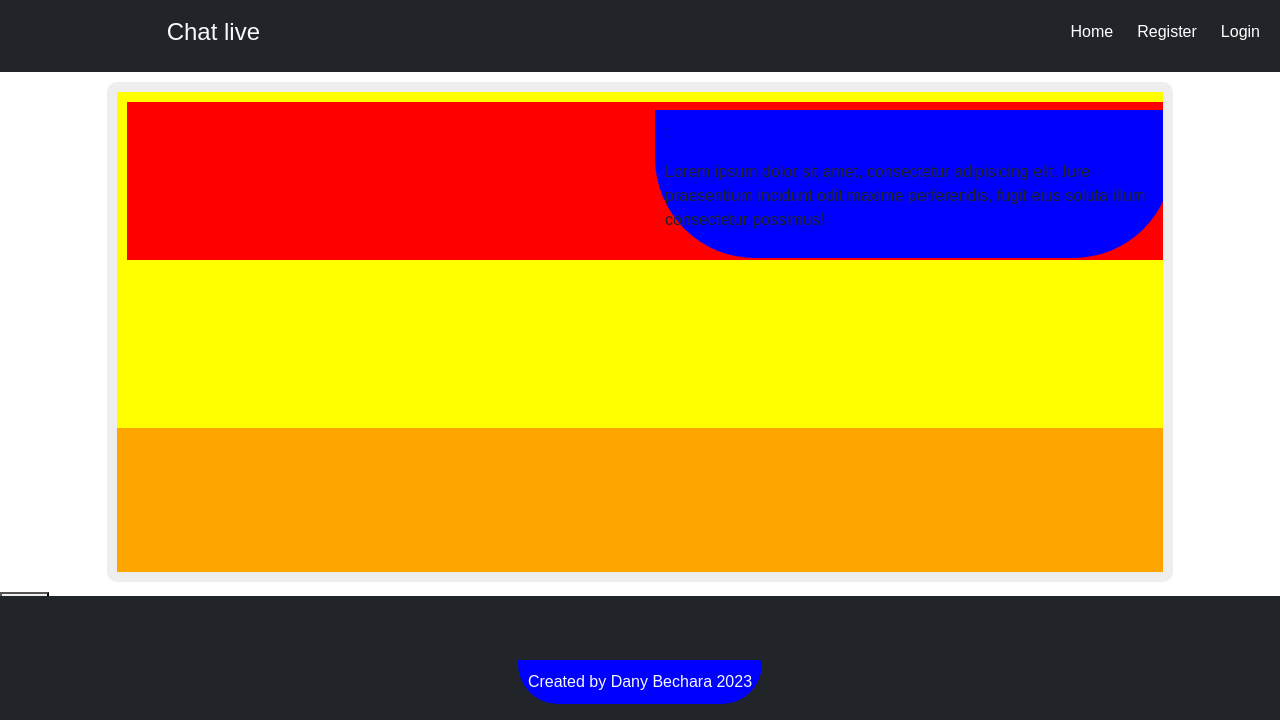
Repository: bechara611/chatv2
Page: /chat
The author's editor kept a copy of each file at every save. The page is drawn from the files as they stood at one save, then again after the next save.
The browser window is 1280 px wide. The pictures show the whole page.
The page's requests for data from a server got no answer. The project was rebuilt for these pictures with package versions that can differ from the ones it lists, and the page was loaded fresh each time. Some packages were replaced by stand-ins written for this rebuild. No one was signed in, and anything a server would have sent is missing. Also part of the build but not shown: src/hooks/useForm.jsx, src/api/Instance.jsx, src/auth/hooks/useAuth.jsx, src/auth/components/login.jsx, src/auth/components/register.jsx, src/ui/components/Home.jsx, src/App.css.

Above is the page before, as saved 2023-03-15 17:12:07.

### src/index.js
import React from 'react';
import ReactDOM from 'react-dom/client';
import './index.css';
import { App2 } from './App';
import { BrowserRouter } from 'react-router-dom';
import 'bootstrap/dist/css/bootstrap.min.css'
import 'bootstrap/dist/js/bootstrap.bundle.js'
import 'animate.css'
import { Provider } from 'react-redux';
import { store } from './store/Store';
const root = ReactDOM.createRoot(document.getElementById('root'));
root.render(
  <Provider store={store}>
    <BrowserRouter>
      <App2 />
    </BrowserRouter>
  </Provider>
);

### src/index.css
*{
  font-family: 'Poppins',sans-serif;
}

### src/App.js
import React from 'react'
import { Rutas } from './Router/Routes';
import { Header } from './ui/components/Header';
import './App.css'
import { Footer } from './ui/components/Footer';
import { Caparazon } from './ui/components/Caparazon';
import { ContenedorPrincipal } from './ui/components/ContenedorPrincipal';

export const App2 = () => {
  return (
    <>
      <Caparazon>
        <Header></Header>
        <ContenedorPrincipal> {/*El contenedor principal a su vez lleva sus hijos dos elementos, el footer que le pusimos absolute para ubicarlo de ultimo y el MainCuerpo que tienes las rutas */}
          <Rutas></Rutas>{/*Este MainCuerpo tiene las rutas de la aplicacion, es el main de la pagina y lo que va a cambiar dependiendo donde estemos */}
          <div className='mb-5 pb-5'></div>

          <Footer></Footer>  {/*Este es el footer que utilizamos para el pie de pagina, tiene posicion absolute como dije anteriormnete */}
        </ContenedorPrincipal>


      </Caparazon>
    </>
  )
}

### src/store/Store.js
import { configureStore } from "@reduxjs/toolkit";
import { AuthSlice } from "../auth/slices/authSlice";
import chatSlice from "../chat/slices/chatSlice";


export const store = configureStore({
    reducer:{
        auth:AuthSlice.reducer,
        chatSlice:chatSlice.reducer
    },
    middleware:(middleware)=>{
        return middleware({
            serializableCheck:false,
        })
    }

})

### src/Router/Routes.jsx
import React from 'react'
import { Navigate, Route, Routes } from 'react-router-dom'
import { Login } from '../auth/components/login'
import { Register } from '../auth/components/register'
import { Chat } from '../chat/components/Chat'
import { Home } from '../ui/components/Home'

export const Rutas = () => {

    return (

        <Routes>
            <Route path='/' element={<Home></Home>}></Route>
            <Route path='/login' element={<Login></Login>}></Route>
            <Route path='/register' element={<Register></Register>}></Route>
            <Route path='/chat' element={<Chat></Chat>}></Route>
            <Route path='/*' element={<Navigate to={'/'}></Navigate>}></Route>
        </Routes>

    )
}

### src/ui/components/Header.jsx
import React, { useEffect } from 'react'
import { useDispatch, useSelector } from 'react-redux';
import { NavLink, useNavigate } from 'react-router-dom'
import { logout } from '../../auth/slices/authSlice';
import './Header.css'
export const Header = () => {
  const navegar= useNavigate()
  const authState = useSelector((state)=>state.auth);
  const dispatch = useDispatch();
  useEffect(() => {


    return () => {

    }
  }, [])

  return (
    <>

      <div className=" bg-dark contenedor-header col-12">
        <div className="titulo-header col-sm-4 col-12">
          <h4 className='text-light'>Chat live</h4>

        </div>
        <div className="col-sm-8 col-12  contenedor-menu">
          <nav className=' m-2 nav'>

            <NavLink className={ ({isActive}) => `item-menu  ${ isActive ? 'activeLink':'' }` } to={'/'} >Home</NavLink>
            {
              authState.token && authState.name && authState.email ?
              <NavLink className={ ({isActive}) => `item-menu  ${ isActive ? 'activeLink':'' }` } to={'/chat'} >Chat</NavLink>
              :<></>
            }

            <NavLink className={ ({isActive}) => `item-menu  ${ isActive ? 'activeLink':'' }` } to={'/register'} >Register</NavLink>
            {authState.token && authState.name && authState.email ?
              <NavLink className={ ({isActive}) => `item-menu  }` } to={'/login'} onClick={()=>{
                localStorage.removeItem('email')
                localStorage.removeItem('token')
                localStorage.removeItem('name')

                navegar('/login')
                dispatch(logout())
              }} >Logout</NavLink>
              :
              <NavLink className={ ({isActive}) => `item-menu  ${ isActive ? 'activeLink':'' }` } to={'/login'} >Login</NavLink>
            }

            </nav>
        </div>




      </div>
    </>

  )
}

### src/ui/components/Footer.jsx
import React from 'react'
import './Footer.css'


let linkdn="https://linkedin.com/in/DanyBechara";
let correo="mailto:bechara611@gmail.com";
let blank='_blank';
let github='https://github.com/bechara611';
let whatssap='https://wa.me/584120361952';

export const Footer = () => {
  return (
    <>

      {/*Aca este footer le estamos colocando una posicion absolute y a su padre relativa para poder ubicarlo al final de su div padre */}
      <div className="footer  col-12  mt-2 bg-dark">
      <a href={linkdn} target={blank} className='animate__animated animate__lightSpeedInLeft'><i className=" linkdin fa-brands fa-linkedin iconoRedes"></i></a>
      <a href={whatssap} target={blank}  className='animate__animated animate__lightSpeedInLeft'><i className="whatssap fa-brands fa-whatsapp iconoRedes"></i></a>
      <a href={correo} target={blank}  className='animate__animated animate__lightSpeedInLeft'><i className="gmail fa-solid  fa-envelope iconoRedes"></i></a>
      <a href={github} target={blank}  className='  animate__animated animate__lightSpeedInLeft'><i className=" github fa-brands fa-github iconoRedes"></i></a>

     <div className="col-12 contenedor-mensaje-footer mt-1">
     <div className="col-12 contenedor-mensaje-footer">
     <p className='mensaje text-light'>Created by Dany Bechara {new Date().getFullYear().toString()}</p>
     </div>

     </div>
      </div>
    </>

  )
}

### src/ui/components/Caparazon.jsx
import React from 'react'
import './Caparazon.css'
export const Caparazon = ({ children }) => {
    return (
        <>
{/*Caparazon princiapal donde el mismo tiene un flex en colum, adentro tiene sus hijos que son un div que
ocupe el 70vh donde eesta todo lo demas y el 30vh primero es del header */}
            <div className='caparazonPrincipal '>

                {children}

            </div>
        </>
    )
}

### src/ui/components/ContenedorPrincipal.jsx
import React from 'react'
import './ContenedorPrincipal.css'
export const ContenedorPrincipal = ({ children }) => {
  return (
    <div className='ContenedorPrincipal'>
    {/*Aca de hijos tendran las rutas para verse en el medio y el footer, este tiene un position relative para que su hijo footer pueda
  ubicarse en la parte de abajo */}
      {children}
    </div>
  )
}

### src/auth/slices/authSlice.js
import { createSlice } from "@reduxjs/toolkit";


export const AuthSlice = createSlice({
    name: 'auth',
    initialState: {
        name: localStorage.getItem('name') || null,
        email: localStorage.getItem('email') || null,
        token: localStorage.getItem('token') || null
    },
    reducers: {
        login: (state, { payload }) => {
            state.name=payload.name;
            state.email=payload.email;
            state.token=payload.token

        },
        logout:(state,{payload})=>{
            state.name=null;
            state.email=null;
            state.token=null;
        },
    }
})

export const {mostrar,logout,login} = AuthSlice.actions;

### src/chat/slices/chatSlice.js
import { createSlice } from "@reduxjs/toolkit";

const initialState={
    mensajes:[{name:'',mensaje:'',fecha:'',email:''}],
    conectados:[],
}

const chatSlice = createSlice({
    name:'chatSlice',
    initialState,
    reducers:{
        pushConectadosSlice :(state,{payload})=>{
            state.conectados=payload
        },
        pushMensajesSlice:(state,{payload})=>{
            state.mensajes=payload
        },
    }
})

export default chatSlice
export const {pushConectadosSlice,pushMensajesSlice} = chatSlice.actions

### src/chat/components/Chat.jsx

import { io } from "socket.io-client";
import React, { useEffect, useRef, useState } from 'react'
import './chat.css'
import { getUnixTime } from "date-fns";
import { useDispatch, useSelector } from "react-redux";
import { pushConectadosSlice, pushMensajesSlice } from "../slices/chatSlice";
import { Mensaje } from "./Mensaje";

const socket = io(process.env.REACT_APP_BACKEND, { //ruta del backend
    'extraHeaders': {
        'token': localStorage.getItem('token'),
        'email': localStorage.getItem('email'),
        'nombre': localStorage.getItem('name'),
    }
})
export const Chat = () => {


    const mensajesEstado = useSelector(state => state.chatSlice)
    const dispatch = useDispatch();

    useEffect(() => {

        socket.on('connect', () => { })
        socket.on('NuevoIntegrante', (payload) => {
            //TODO aca debes colocarle al slice y al estado los nuevos integrantes
            dispatch(pushConectadosSlice(payload))
            console.log(payload)
        })
        //?recibir mensajes
        socket.on('recibirTodosMensajes', (payload) => {
            //TODO colocar en el slice los mensajes
            dispatch(pushMensajesSlice(payload))
            console.log(payload)
        })
    }, [])





    //?metodo para enviar mensajes

    const EnviarMensajes = () => {
        let mensaje = {
            name: localStorage.getItem('name'),
            mensaje: 'Mensaje nuevo ',//TODO ponle el estado de mensaje
            fecha: getUnixTime(new Date()),
            email: localStorage.getItem('email')
        }
        socket.emit('recibiMensaje', mensaje)

    }



    //TODO FIN SOCKET

    const referenciaDiv = useRef();
    const referenciaDiv2 = useRef();
    useEffect(() => {

        referenciaDiv2.current.scrollTop = referenciaDiv2.current.scrollHeight;
    }, [])
    useEffect(() => {


        referenciaDiv2.current.scrollTop = referenciaDiv2.current.scrollHeight;
    }, [mensajesEstado])

    return (
        <>
            <div className="col-12 chat2 " ref={referenciaDiv}>
                <div className="col-10 hijoChat">
                    <div className="col-12 parteMensajes" ref={referenciaDiv2} >
                        {
                            mensajesEstado.mensajes.map((mensaje, index) => {
                                return <Mensaje mensaje={mensaje}></Mensaje>
                            })
                        }
                    </div>
                    <div className="col-12 parteInputs">

                    </div>
                </div>
            </div>

            <button onClick={() => { EnviarMensajes() }}>Enviar</button>
        </>

    )
}

### src/ui/components/Header.css
.contenedor-header{
    display: flex;
    flex-direction: row;
    flex-wrap: wrap;
    min-height: 10vh;
}
.titulo-header{
    text-align: center;
    padding: 5px;
    display: flex;
    flex-direction: row;
    justify-content: center;
    align-items: center;
    align-self: center;
}
.contenedor-menu{
    display: flex;
    flex-direction: row;
    flex-wrap: nowrap;
    justify-content: flex-end;

}
.item-menu{
   margin: 5px;
   text-decoration: none;
   color: white;
  transition: all 1s ease;
   padding: 7px;
   border-radius: 20px;
}
.activeLink{
    background: rgb(40, 139, 196);
}
.item-menu:hover{
    text-decoration: none;
    background: rgb(40, 139, 196);
    color: white;
}

@media(max-width:577px){
.contenedor-menu{
        justify-content: center;
        text-align: center;
        align-self: center;
        align-items: center;
        flex-wrap: nowrap;
    }
    .nav{
        justify-content: center;
        text-align: center;
        align-self: center;
        align-items: center;
        flex-wrap: nowrap;
    }
    .item-menu{
    padding: 0px;
    }
}

### src/ui/components/Footer.css


.footer {

    background: rgb(209, 102, 102,.1);
    position: absolute;
    bottom: 0%;
    display: flex;
    flex-direction: row;
    justify-content: center;
    text-align: center;
    align-items: center;
    justify-items: center;
    flex-wrap: wrap;

}


.iconoRedes {
    font-size: 40px;
    padding-left: 10px;
    margin: 5px;

}

.github:hover {
    color: #4b3074;

}
.github{
    color: #6e5494;
}

.whatssap:hover {
    color: #0c903c;
}
.whatssap{
    color: #25d366;

}

.gmail:hover {
    color: #e65f5f;
}

.gmail{
    color: #cc0000;
}

.linkdin:hover {
    color: #0780ac;
}

.linkdin{
    color: #0377a1;
}

.contenedor-mensaje-footer {
    display: flex;
    flex-direction: row;
    justify-content: center;
    text-align: center;
    align-items: center;
    justify-items: center;
}

/*?RESPONSIVE*/

@media(max-width:255px) {
    .iconoRedes {
        font-size: 30px;
        padding-left: 5px;
    }

    .mensaje {
        font-size: 10px;
    }
}

### src/ui/components/Caparazon.css
/*Estilos del caparazon como tal principal*/
    /*Aca colocamos que el caparazonPrincipal ocupa toda la pantalla, y una direccion en column para que el header sea de 30vh y el resto el otro div  */
.caparazonPrincipal{
    display: flex;
    flex-direction: column;
    justify-content: space-between;
    min-height: 100vh;
  overflow-x: hidden;
  overflow-y: visible;
}

### src/ui/components/ContenedorPrincipal.css
/*Aca al contenedor ponemos positionRelative para que el footer pueda tener una posicion absoluta y se pueda posicionar al final*/
.ContenedorPrincipal{
    min-height: 90vh;

    position: relative;
}

### src/auth/components/login.css
*,
*:before,
*:after{
    padding: 0;
    margin: 0;
    box-sizing: border-box;
}

.social{
  display: flex;
  flex-direction: row;
  justify-content: center;
}
.contenedor-loginRegistro{

  margin-top: 5px;
  display: flex;
  flex-direction: row;
  justify-content: center;
  align-items: center;
}

  .formularioLoginRegister{

    background-color: rgb(29, 29, 29,.6);
    top: 50%;
    left: 50%;
    border-radius: 10px;
    backdrop-filter: blur(10px);
    border: 2px solid rgba(255,255,255,0.1);
    box-shadow: 0 0 10px rgba(142, 201, 228, 1);
    padding: 10px 15px;
}
.formularioLoginRegister *{

    color: #ffffff;
    letter-spacing: 0.5px;
    outline: none;
    border: none;
}
.formularioLoginRegister h3{
    font-size: 32px;
    font-weight: 500;
    line-height: 42px;
    text-align: center;
}

.labelLoginRegister{
    display: block;
    margin-top: 30px;
    font-size: 16px;
    font-weight: 500;
}
.inputLoginRegister{
    display: block;
    height: 45px;
    width: 100%;
    background-color: rgba(255,255,255,0.07);
    border-radius: 3px;
    padding: 0 5px;
    margin-top: 8px;
    font-size: 14px;
    font-weight: 300;

}
::placeholder{
    color: #e5e5e5;
}
.btnLoginRegister{
    margin-top: 50px;
    width: 100%;
    background-color: #ffffff;
    color: #080710;
    padding: 5px 0;
    font-size: 18px;
    font-weight: 600;
    border-radius: 5px;
    cursor: pointer;

}
.btnLoginRegister:hover{
  background: #94b1dd;;
}
.social{
  margin-top: 30px;
  display: flex;
  cursor: pointer;
}
.social div{
  background: red;
  width: 150px;
  border-radius: 3px;
  padding: 5px 10px 10px 5px;
  background-color: rgba(55, 135, 184, 0.67);
  color: #eaf0fb;
  text-align: center;
  cursor: pointer;
}
.social div:hover{
  background-color: rgba(255,255,255,0.47);
}
.social .fb{
  margin-left: 25px;
}
.social i{
  margin-right: 4px;
}

### src/chat/components/chat.css
.chat {
    background: red;
    width: 100vw;
    height: 300px;
    overflow: scroll;
    margin-top: 1000px;
}

.chat2 {

    width: 100vw;
    height: 500px;
    overflow: auto;
    margin-top: 10px;
    margin-bottom: 10px;
    justify-content: center;
    display: flex;
}

.hijoChat {
border: 10px solid rgb(173, 171, 171,.2);
border-radius: 10px;
    height: 500px;
    display: flex;
    flex-wrap: wrap;

}

.parteMensajes{
background: yellow;
height: 70%;
overflow: auto;

}
.parteInputs{
    height: 30%;
background: orange;
}

### src/chat/components/Mensaje.jsx
import React from 'react'
import './Mensaje.css'
export const Mensaje = ({ mensaje,background }) => {
    return (
        <>
            <div className="col-12 contenedorMensajeInidividual" style={{justifyContent: mensaje.email === localStorage.getItem('email') ? 'flex-start' : 'flex-end'}} >
                <div className="mensaje col-6">
                    <p>{mensaje.name}:</p>
                    <p>{mensaje.mensaje} Lorem ipsum dolor sit amet, consectetur adipisicing elit. Iure praesentium incidunt odit maxime perferendis, fugit eius soluta illum consectetur possimus!</p>
                </div>
            </div>

        </>
    )
}

### src/chat/components/Mensaje.css
.contenedorMensajeInidividual{
    display: flex;
    background: red;
    justify-content: flex-start;
    flex-direction: row;
    padding-left: 10px;
    padding-top: 8px;
    padding-bottom: 2px;
    margin: 10px;
}
.mensaje{
    background: blue;

    padding: 10px;
    border-bottom-right-radius: 100px;
    border-top-right-radius: 10px;
    border-bottom-left-radius: 100px;
    align-self: flex-end;
    align-items: flex-end;

}

After the next save:
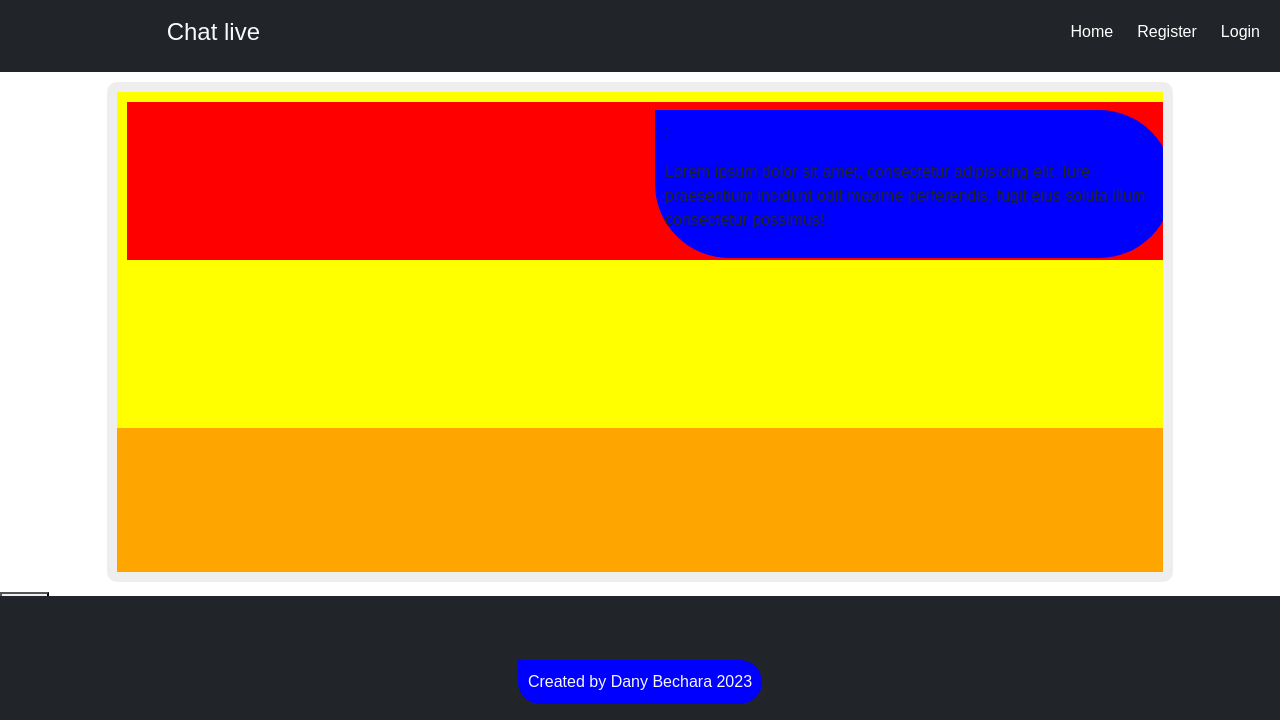
Saved 6 s later.
--- a/src/chat/components/Mensaje.css
+++ b/src/chat/components/Mensaje.css
@@ -13,7 +13,7 @@
 
     padding: 10px;
     border-bottom-right-radius: 100px;
-    border-top-right-radius: 10px;
+    border-top-right-radius: 100px;
     border-bottom-left-radius: 100px;
     align-self: flex-end;
     align-items: flex-end;
